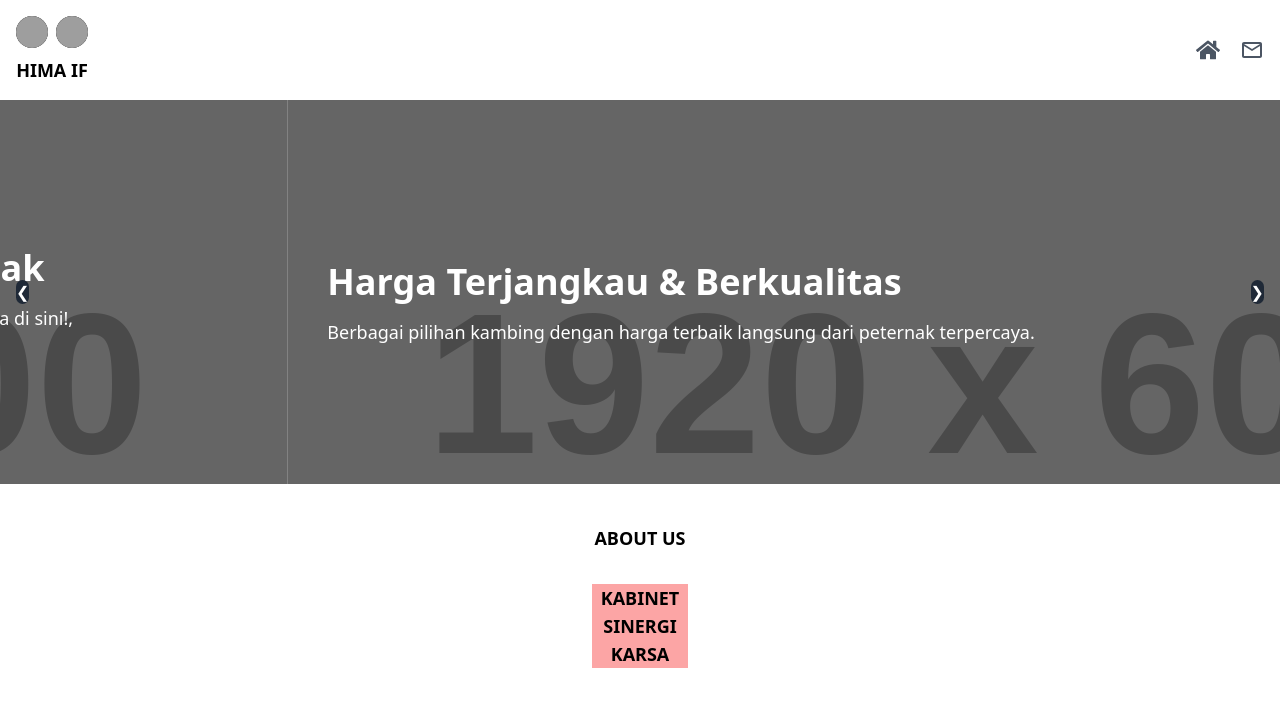
Repository: MUHAMADTEGARWIJAYA/himaif
Page: /
An editor plug-in stored every save of this project. The page is shown before and after the next save, followed by the edit.
The browser window is 1280 px wide. The pictures show the whole page.
Pictures or frames that could not be fetched are drawn as grey boxes. The project was rebuilt for these pictures with package versions that can differ from the ones it lists, and the page was loaded fresh each time. Also part of the build but not shown: vite.config.js.

Above is the page before, as saved 2024-12-21 14:48:55.

After the next save:
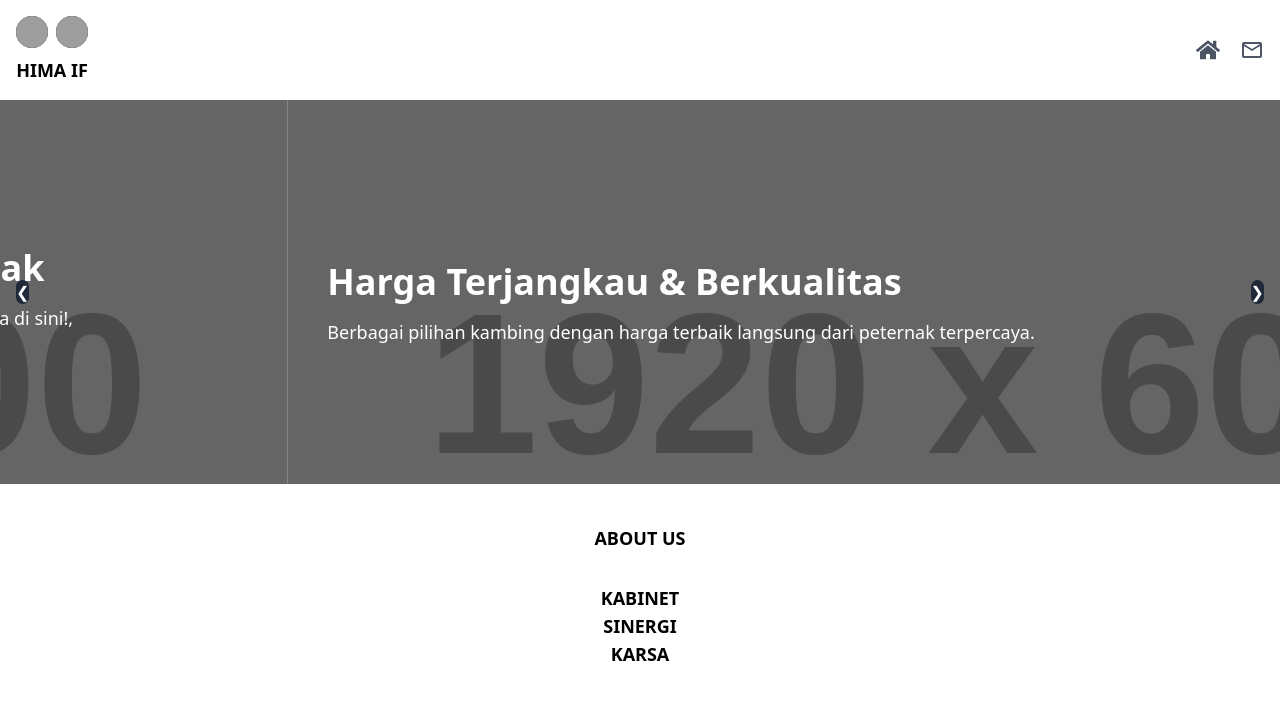
Saved 5 s later.
--- a/src/pages/Members.jsx
+++ b/src/pages/Members.jsx
@@ -3,7 +3,7 @@ const About = () => {
       <div className="flex flex-col justify-center items-center mt-10">
         <h1 className="text-center font-bold text-lg">ABOUT US</h1>
 
-          <h1 className="text-center w-24 bg-red-300 font-bold text-lg mt-8">
+          <h1 className="text-center w-24  font-bold text-lg mt-8">
             KABINET SINERGI KARSA
           </h1>
 
